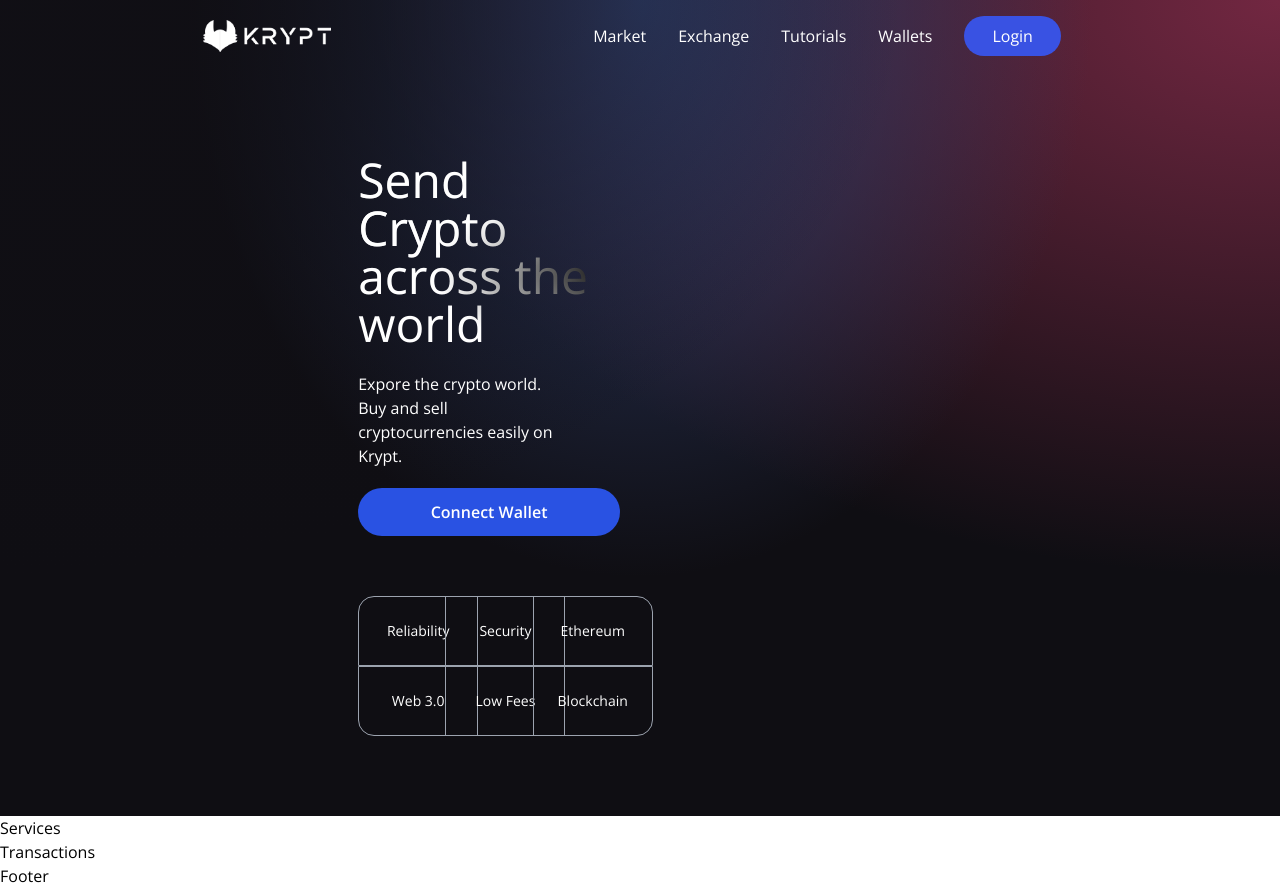
Repository: stephan-chiorean/krypt
Page: / (app in client/)
The author's editor kept a copy of each file at every save. The page is drawn from the files as they stood at one save, then again after the next save.
The browser window is 1280 px wide. The pictures show the whole page.
The project was rebuilt for these pictures with package versions that can differ from the ones it lists, and the page was loaded fresh each time. Also part of the build but not shown: client/vite.config.js, client/src/components/Loader.jsx.

Above is the page before, as saved 2023-03-28 15:19:57.

### client/src/App.jsx
import {Navbar, Welcome, Footer, Services, Transactions} from './components';

const App = () => {

  return (
    <div className="min-h-screen">
      <div className="gradient-bg-welcome">
        <Navbar/>
        <Welcome/>
      </div>
      <Services/>
      <Transactions/>
      <Footer/>
    </div>
  )
}

export default App

### client/src/components/index.js
export {default as Loader} from './Loader';
export {default as Navbar} from './Navbar';
export {default as Footer} from './Footer';
export {default as Welcome} from './Welcome';
export {default as Transactions} from './Transactions';
export {default as Services} from './Services';

### client/src/components/Navbar.jsx
import { HiMenuAlt4 } from 'react-icons/hi';
import { AiOutlineClose } from 'react-icons/ai';
import { useState } from 'react';

import logo from '../../images/logo.png';

const NavbarItem = ({ title, classProps }) => {
  return <li className={`mx-4 cursor-pointer ${classProps}`}>{title}</li>;
};
export default () => {
  const [toggleMenu, setToggleMenu] = useState(false);
  return (
    <nav className='w-full flex md:justify-center justify-between items-center p-4'>
      <div className='md:flex-[0.5] flex-initial justify-center items-center'>
        <img src={logo} alt='logo' className='w-32 cursor-pointer' />
      </div>
      <ul className='text-white md:flex hidden list-none flex-row justify-between items-center flex-initial'>
        {['Market', 'Exchange', 'Tutorials', 'Wallets'].map((item, index) => (
          <NavbarItem key={item + index} title={item} />
        ))}
        <li className='bg-[#3952e3] py-2 px-7 mx-4 rounded-full cursor-pointer hover:bg-[#2546bd]'>
          Login
        </li>
      </ul>
      <div className='flex relative'>
        {toggleMenu ? (
          <AiOutlineClose
            fontSize={28}
            className='text-white md:hidden cursor-pointer'
            onClick={() => setToggleMenu(false)}
          />
        ) : (
          <HiMenuAlt4
            fontSize={28}
            className='text-white md:hidden cursor-pointer'
            onClick={() => setToggleMenu(true)}
          />
        )}
        {toggleMenu && (
          <ul className="z-10 fixed top-0 -right-2 p-3 w-[70vw] h-screen shadow-2xl md:hidden list-none flex flex-col justify-start items-end rounded-md blue-glassmorphism text-white animate-slide-in">
            <li className='text-xl w-full my-2'>
              <AiOutlineClose onClick={() => setToggleMenu(false)} className="cursor-pointer"/>
            </li>
            {['Market', 'Exchange', 'Tutorials', 'Wallets'].map(
              (item, index) => (
                <NavbarItem key={item + index} title={item} classProps="my-2 text-lg"/>
              )
            )}
          </ul>
        )}
      </div>
    </nav>
  );
};

### client/src/components/Footer.jsx
import React from 'react'

export default() => {
  return (
    <div>Footer</div>
  )
}

### client/src/components/Welcome.jsx
import { AiFillPlayCircle } from 'react-icons/ai';
import { SiEthereum } from 'react-icons/si';
import { BsInfoCircle } from 'react-icons/bs';
import { Loader } from './';
const commonStyles =
  'min-h-[70px] sm:px-0 px-2 sm:min-w-[120px] flex justify-center items-center border-[0.5px] border-gray-400 text-sm font-light text-white';

export default () => {
  const connectWallet = () => {};
  return (
    <div className='flex w-full justify-center items-center'>
      <div className='flex md:flex-row flex-col itesm-start justify-between md:p-20 py-12 px-4'>
        <div className='flex flex-1 justify-start flex-col md:mr-10'>
          <h1 className='text-3xl sm:text-5xl text-white text-gradient py-1'>
            Send Crypto <br /> across the world
          </h1>
          <p className='text-left mt-5 text-white font-light md:w-9/12 w-11/12 text-base'>
            Expore the crypto world. Buy and sell cryptocurrencies easily on
            Krypt.
          </p>
          <button
            type='button'
            onClick={connectWallet}
            className='flex flex-row justify-center items-center my-5 bg-[#2952e3] p-3 rounded-full cursor-pointer hover:bg-[#2546bd]'
          >
            <p className='text-white text-base font-semibold'>Connect Wallet</p>
          </button>

          <div className='grid sm:grid-cols-3 grid-cols-2 w-full mt-10'>
            <div className={`rounded-tl-2xl ${commonStyles}`}>Reliability</div>
            <div className={commonStyles}>Security</div>
            <div className={`sm:rounded-tr-2xl ${commonStyles}`}>Ethereum</div>
            <div className={`sm:rounded-bl-2xl ${commonStyles}`}>Web 3.0</div>
            <div className={commonStyles}>Low Fees</div>
            <div className={`rounded-br-2xl ${commonStyles}`}>Blockchain</div>
          </div>
        </div>

        <div className="flex flex-col flex-1 items-center justify-start w-full md:mt-0 mt-10">

        </div>
      </div>
    </div>
  );
};

### client/src/components/Transactions.jsx
import React from 'react'

export default() => {
  return (
    <div>Transactions</div>
  )
}

### client/src/components/Services.jsx
import React from 'react'

export default() => {
  return (
    <div>Services</div>
  )
}

Loaded but not shown: client/index.html (common file); client/src/main.jsx (common file); client/src/index.css (common file); client/tailwind.config.js (common file)

After the next save:
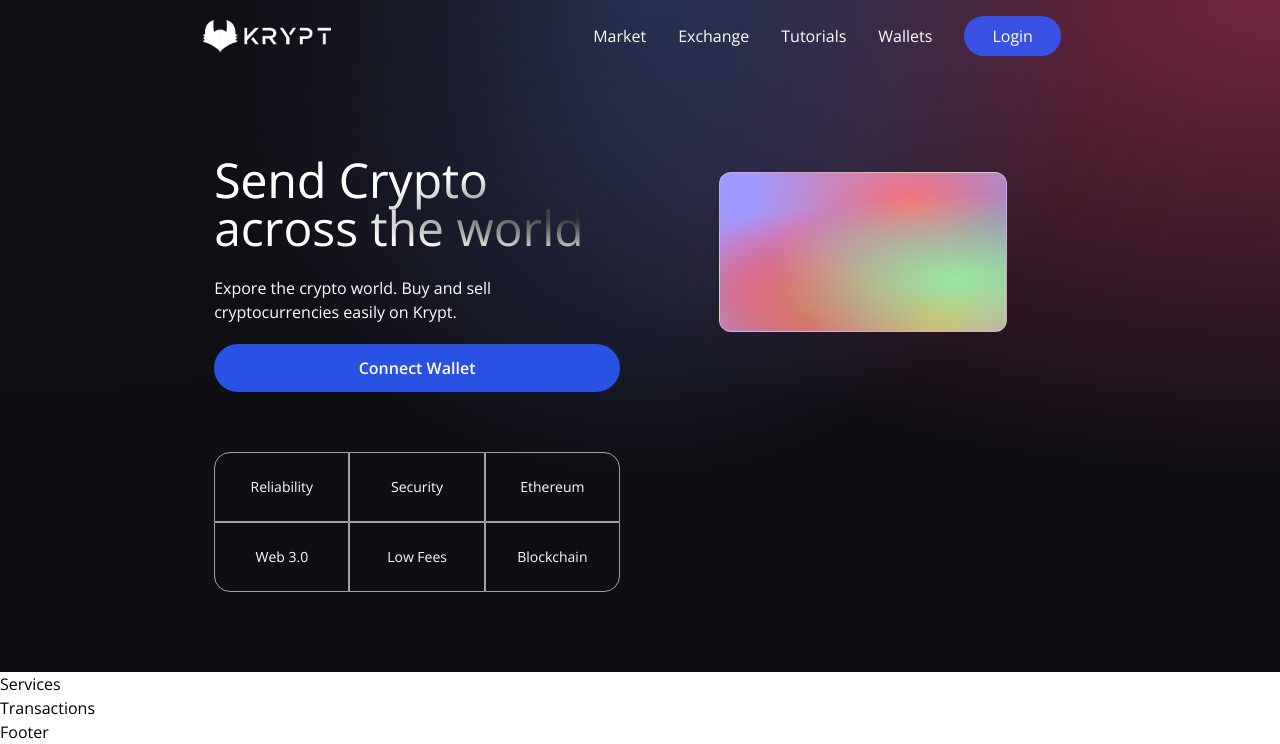
Saved 47 s later.
--- a/client/src/components/Welcome.jsx
+++ b/client/src/components/Welcome.jsx
@@ -37,7 +37,9 @@ export default () => {
         </div>
 
         <div className="flex flex-col flex-1 items-center justify-start w-full md:mt-0 mt-10">
+          <div className="p-3 justify-end items-start flex-col rounded-xl h-40 sm:w-72 w-full my-5 eth-card white-glassmorphism">
 
+          </div>
         </div>
       </div>
     </div>
